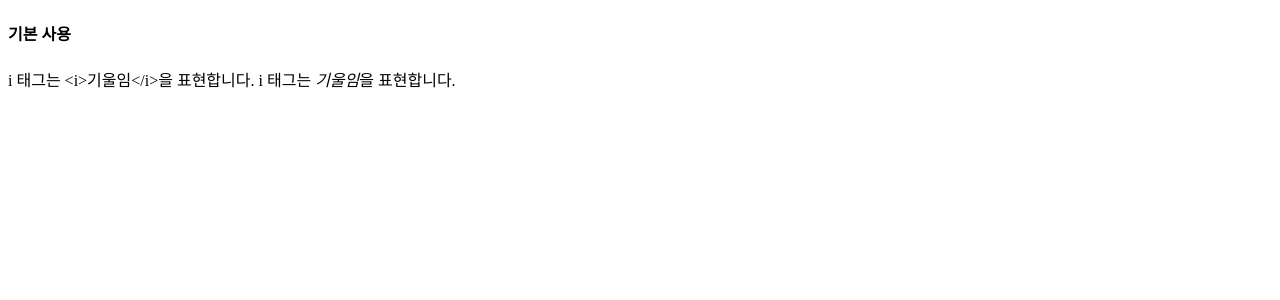
Repository: parkho96/testnum2
Page: http://localhost/jspstudy/11JSTL/CoreOut.jsp
The author's editor kept a copy of each file at every save. The page is drawn from the files as they stood at one save, then again after the next save.
The browser window is 1280 px wide. The pictures show the whole page.
The page is served by Tomcat 9. Other server files are loaded and not shown.

Above is the page before, as saved 2023-04-10 06:11:27.

### workjsp/jspstudy/src/main/webapp/11JSTL/CoreOut.jsp
<%@ page language="java" contentType="text/html; charset=UTF-8"
    pageEncoding="UTF-8"%>
<%@ taglib prefix="c" uri="http://java.sun.com/jsp/jstl/core" %>
<!DOCTYPE html>
<html>
<head>
<meta charset="UTF-8">
<title>JSTL core out</title>
</head>
<body>
	<c:set var="iTag">
		i 태그는 <i>기울임</i>을 표현합니다.
	</c:set>
	<h4>기본 사용</h4>
	<c:out value="${iTag}"/>
	${iTag}

</body>
</html>

After the next save:
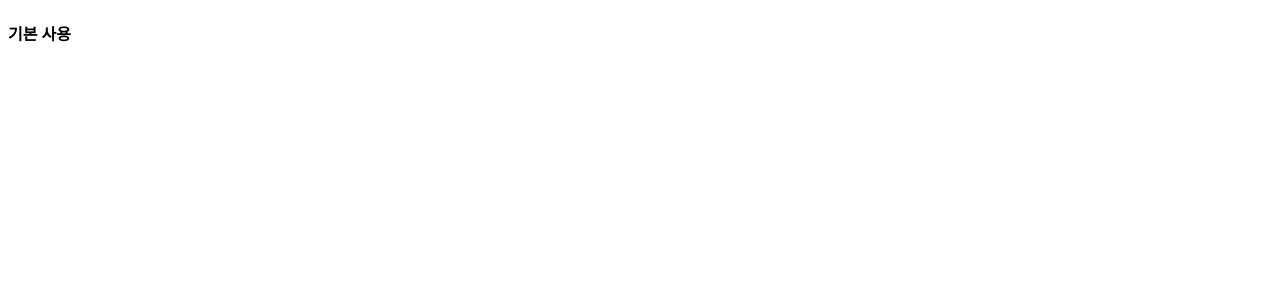
Saved 32 s later.
--- a/workjsp/jspstudy/src/main/webapp/11JSTL/CoreOut.jsp
+++ b/workjsp/jspstudy/src/main/webapp/11JSTL/CoreOut.jsp
@@ -9,7 +9,7 @@
 </head>
 <body>
 	<c:set var="iTag">
-		i 태그는 <i>기울임</i>을 표현합니다.
+
 	</c:set>
 	<h4>기본 사용</h4>
 	<c:out value="${iTag}"/>

After the save that followed:
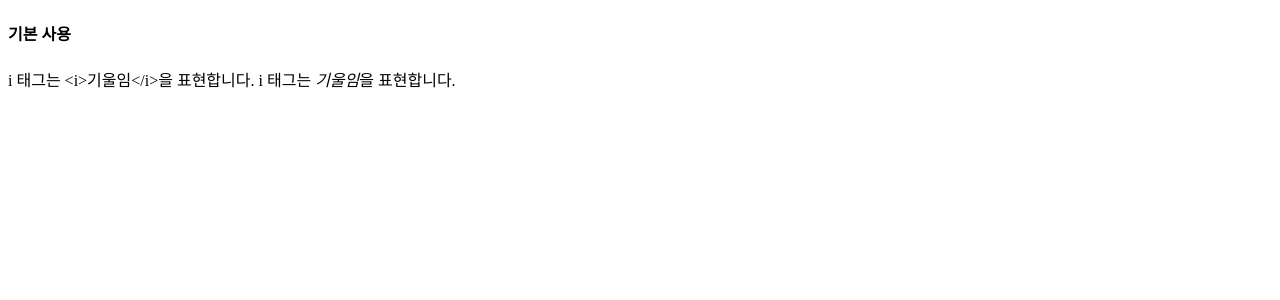
Saved 10 s later.
--- a/workjsp/jspstudy/src/main/webapp/11JSTL/CoreOut.jsp
+++ b/workjsp/jspstudy/src/main/webapp/11JSTL/CoreOut.jsp
@@ -9,7 +9,7 @@
 </head>
 <body>
 	<c:set var="iTag">
-
+		i 태그는 <i>기울임</i>을 표현합니다.
 	</c:set>
 	<h4>기본 사용</h4>
 	<c:out value="${iTag}"/>
